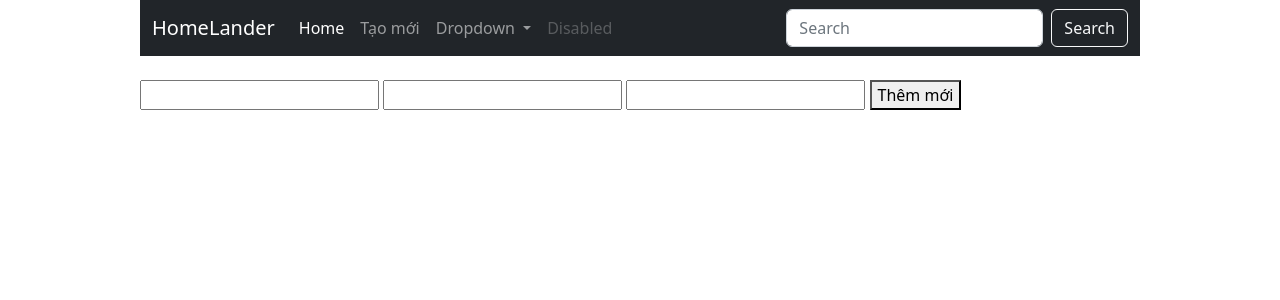
Repository: nguyenhung50497/MD3_CRUD-2Table
Page: src/views/create.html
These files come from the project's save history. The page is drawn as it stood at one moment and after the next save; the edit follows.
The browser window is 1280 px wide. The pictures show the whole page.

Above is the page before, as saved 2022-12-28 15:31:28.

After the next save:
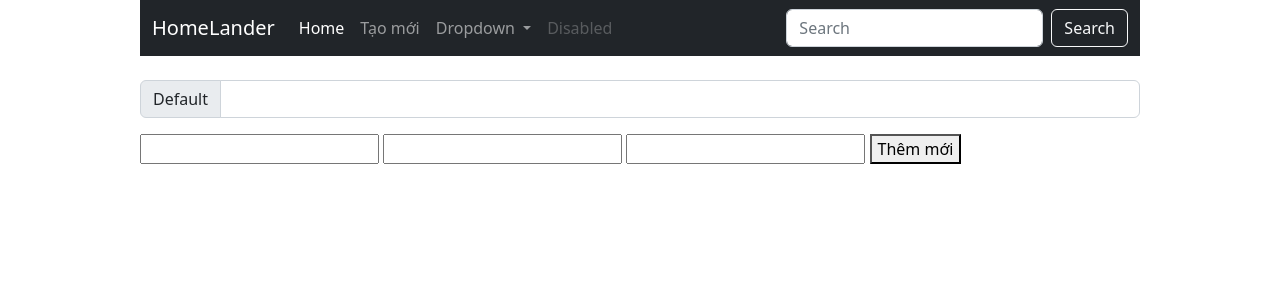
Saved 2 min 53 s later.
--- a/src/views/create.html
+++ b/src/views/create.html
@@ -46,6 +46,10 @@
       </nav>
       <br>
       <form action="/create" method="post">
+        <div class="input-group mb-3">
+          <span class="input-group-text" id="inputGroup-sizing-default">Default</span>
+          <input type="text" class="form-control" aria-label="Sizing example input" aria-describedby="inputGroup-sizing-default">
+        </div>
         <input type="text" name="name">
         <input type="text" name="price">
         <input type="text" name="description">
